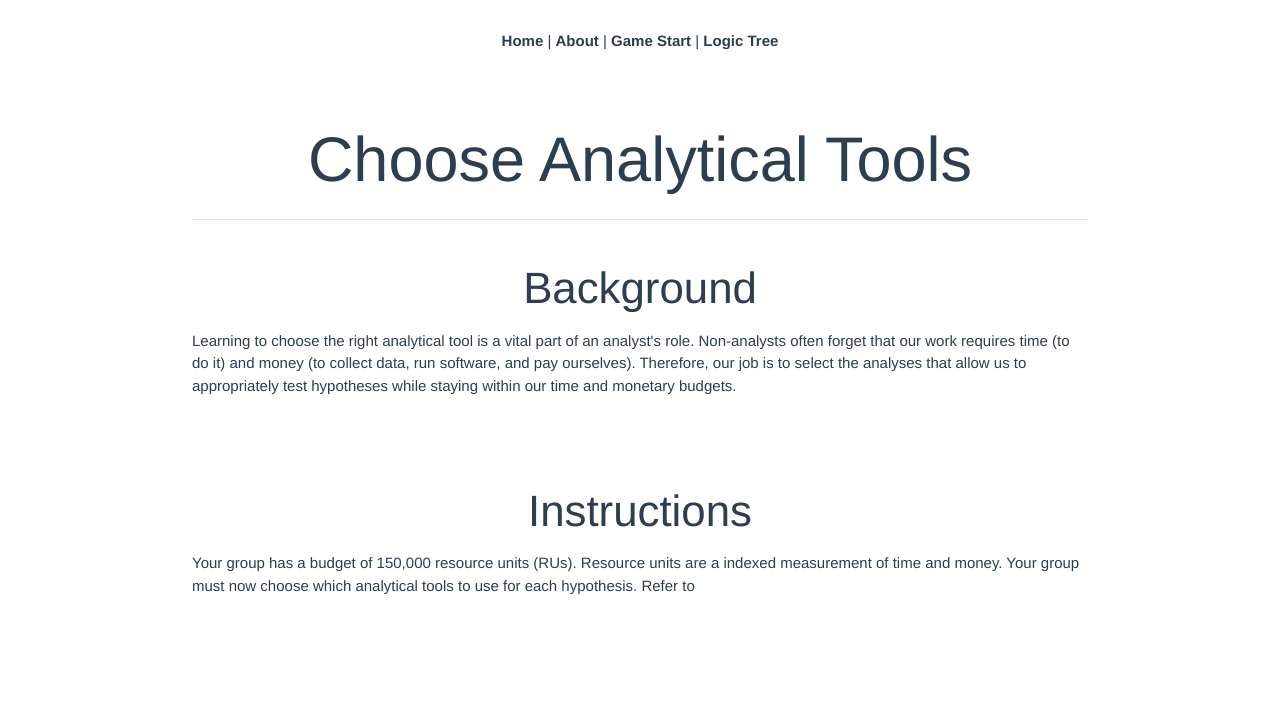
Repository: gallard28/posc4210app
Page: /#/choose_tools
An editor plug-in stored every save of this project. The page is shown before and after the next save, followed by the edit.
The browser window is 1280 px wide. The pictures show the whole page.
The project was rebuilt for these pictures with package versions that can differ from the ones it lists, and the page was loaded fresh each time. Also part of the build but not shown: src/views/Home.vue, src/views/Start.vue, src/views/Scenario.vue, src/views/Prioritize.vue.

Above is the page before, as saved 2020-09-20 21:47:42.

### public/index.html
<!DOCTYPE html>
<html lang="en">
  <head>
    <meta charset="utf-8">
    <meta http-equiv="X-UA-Compatible" content="IE=edge">
    <meta name="viewport" content="width=device-width,initial-scale=1.0">
    <link rel="icon" href="<%= BASE_URL %>favicon.ico">
    <title><%= htmlWebpackPlugin.options.title %></title>

    <!-- Materialize CSS -->
    <!-- Compiled and minified CSS -->
    <link rel="stylesheet" href="https://cdnjs.cloudflare.com/ajax/libs/materialize/1.0.0/css/materialize.min.css">

    <!-- Compiled and minified JavaScript -->
    <script src="https://cdnjs.cloudflare.com/ajax/libs/materialize/1.0.0/js/materialize.min.js"></script>

    <!-- Google Fonts -->
    <link href="https://fonts.googleapis.com/icon?family=Material+Icons" rel="stylesheet">

  </head>
  <body>
    <noscript>
      <strong>We're sorry but <%= htmlWebpackPlugin.options.title %> doesn't work properly without JavaScript enabled. Please enable it to continue.</strong>
    </noscript>
    <div id="app"></div>
    <!-- built files will be auto injected -->
  </body>
</html>

### src/App.vue
<template>
  <div id="app">
    <div id="nav">
      <router-link to="/">Home</router-link> |
      <router-link to="/about">About</router-link> |
      <router-link to="/start">Game Start</router-link> |
      <router-link to="/scenario">Logic Tree</router-link>
    </div>
    <router-view/>
  </div>
</template>

<style>
#app {
  font-family: Avenir, Helvetica, Arial, sans-serif;
  -webkit-font-smoothing: antialiased;
  -moz-osx-font-smoothing: grayscale;
  text-align: center;
  color: #2c3e50;
}

#nav {
  padding: 30px;
}

#nav a {
  font-weight: bold;
  color: #2c3e50;
}

#nav a.router-link-exact-active {
  color: #42b983;
}
</style>

### src/router/index.js
import Vue from 'vue'
import VueRouter from 'vue-router'
import Home from '../views/Home.vue'
import Start from '../views/Start.vue'
import Scenario from '../views/Scenario.vue'
import Prioritize from '../views/Prioritize.vue'
import Choose_tools from '../views/Choose_tools.vue'

Vue.use(VueRouter)

const routes = [
  {
    path: '/',
    name: 'Home',
    component: Home
  },
  {
    path: '/start',
    name: 'Start',
    component: Start
  },
  {
    path: '/scenario',
    name: 'Scenario',
    component: Scenario
  },
  {
    path: '/prioritize',
    name: 'Prioritize',
    component: Prioritize
  },
  {
    path: '/choose_tools',
    name: 'Choose_tools',
    component: Choose_tools
  },
  {
    path: '/about',
    name: 'About',
    // route level code-splitting
    // this generates a separate chunk (about.[hash].js) for this route
    // which is lazy-loaded when the route is visited.
    component: () => import(/* webpackChunkName: "about" */ '../views/About.vue')
  }
]

const router = new VueRouter({
  routes
})

export default router

### src/views/Choose_tools.vue
<template>
  <div class="Choose container">
    <h1>Choose Analytical Tools</h1>
      <div class="divider"></div>
      <div class="section">
        <div class="row">
          <h3>Background</h3>
          <p class="left-align">Learning to choose the right analytical tool is a vital part of an analyst's role. Non-analysts often forget that our work requires time (to do it) and money (to collect data, run software, and pay ourselves). Therefore, our job is to select the analyses that allow us to appropriately test hypotheses while staying within our time and monetary budgets.</p>
          <br>
          <br>
          <h3>Instructions </h3>
          <p class="left-align">Your group has a budget of 150,000 resource units (RUs). Resource units are a indexed measurement of time and money. Your group must now choose which analytical tools to use for each hypothesis. Refer to </p>

        </div>
      </div>
  </div>
</template>

<script>
export default {
  name: 'Choose_tools'
}
</script>

<style scoped>

</style>

Loaded but not shown: src/main.js (common file)

After the next save:
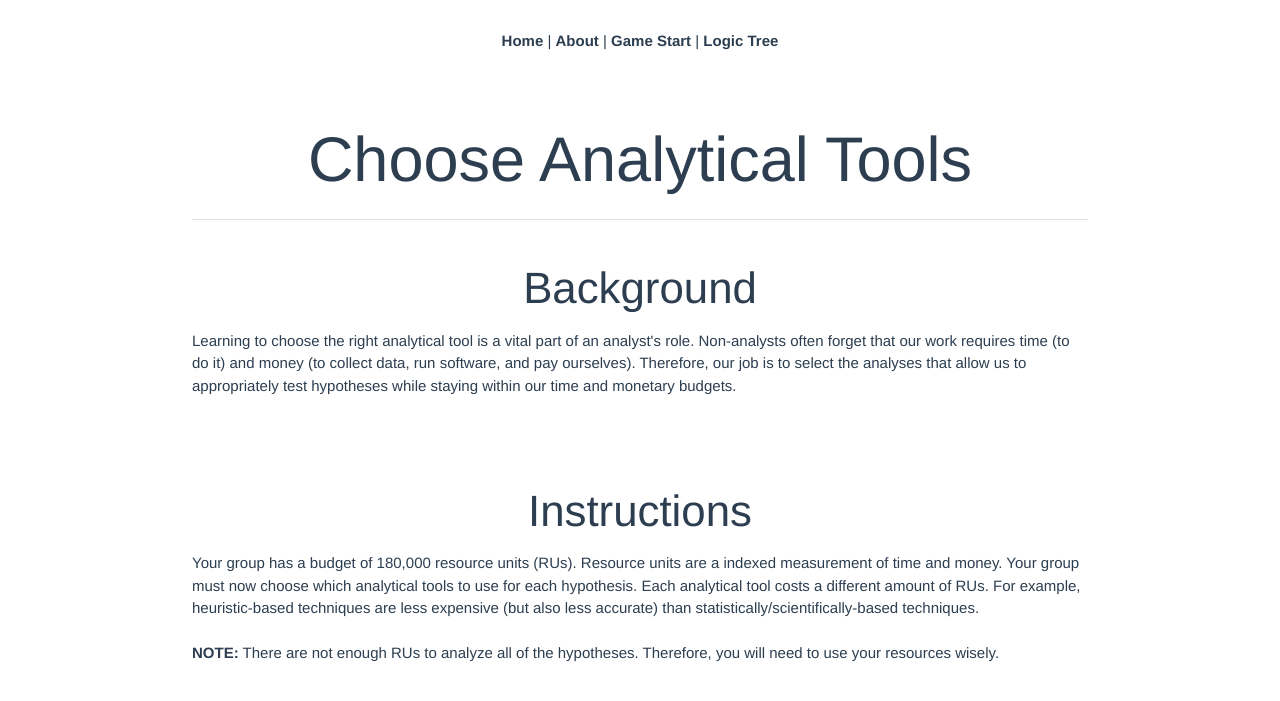
Saved 7 min 43 s later.
--- a/src/views/Choose_tools.vue
+++ b/src/views/Choose_tools.vue
@@ -9,7 +9,8 @@
           <br>
           <br>
           <h3>Instructions </h3>
-          <p class="left-align">Your group has a budget of 150,000 resource units (RUs). Resource units are a indexed measurement of time and money. Your group must now choose which analytical tools to use for each hypothesis. Refer to </p>
+          <p class="left-align">Your group has a budget of 180,000 resource units (RUs). Resource units are a indexed measurement of time and money. Your group must now choose which analytical tools to use for each hypothesis. Each analytical tool costs a different amount of RUs. For example, heuristic-based techniques are less expensive (but also less accurate) than statistically/scientifically-based techniques. <br> <br>
+          <b>NOTE:</b> There are not enough RUs to analyze all of the hypotheses. Therefore, you will need to use your resources wisely.</p>
 
         </div>
       </div>
